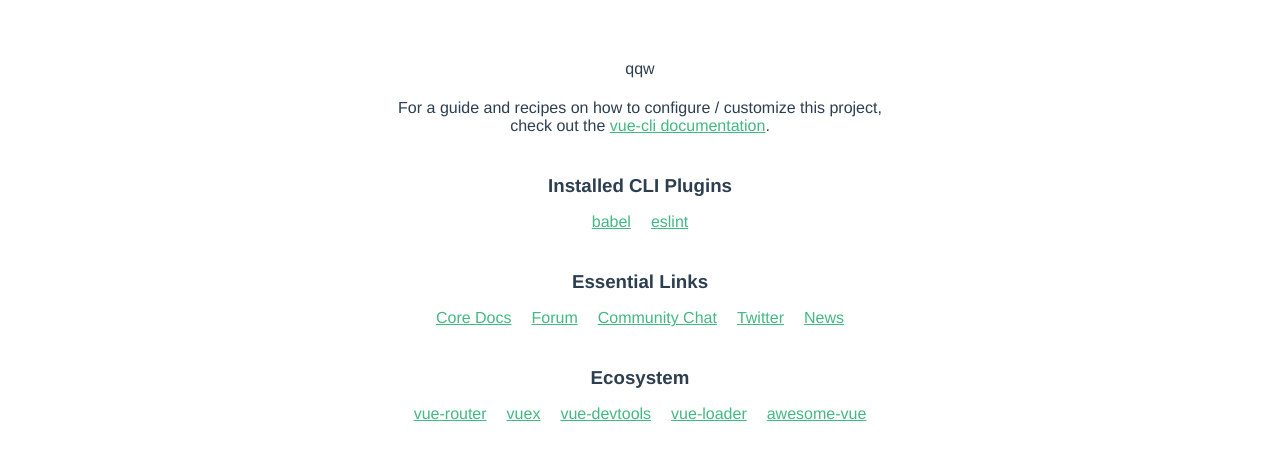
Repository: tianyige21/course-vue
Page: /#/
An editor plug-in stored every save of this project. The page is shown before and after the next save, followed by the edit.
The browser window is 1280 px wide. The pictures show the whole page.
The project was rebuilt for these pictures with package versions that can differ from the ones it lists, and the page was loaded fresh each time. Also part of the build but not shown: vue.config.js, src/views/test.vue.

Above is the page before, as saved 2021-09-27 16:55:43.

### src/main.js
import Vue from 'vue'
import App from './App.vue'
import router from '../src/router'
Vue.config.productionTip = false

new Vue({
  render: h => h(App),
  router
}).$mount('#app')

### src/App.vue
<template>
  <div id="app">
    qqw
    <router-view></router-view>
  </div>
</template>

<script>
export default {
  name: 'App',
  components: {
  }
}
</script>

<style>
#app {
  font-family: Avenir, Helvetica, Arial, sans-serif;
  -webkit-font-smoothing: antialiased;
  -moz-osx-font-smoothing: grayscale;
  text-align: center;
  color: #2c3e50;
  margin-top: 60px;
}
</style>

### src/router/index.js


import Vue from 'vue'
import Router from 'vue-router'
import Test from '@/views/test.vue';
import HelloWorld from '@/components/HelloWorld.vue'

Vue.use(Router)

export default new Router({
  routes: [{
    path: '/',
    name: 'HelloWorld',
    component: HelloWorld
  },
  {
    path: '/test',
    name: 'test',
    component: Test
  }]
})

Loaded but not shown: public/index.html (common file); src/components/HelloWorld.vue (common file)

After the next save:
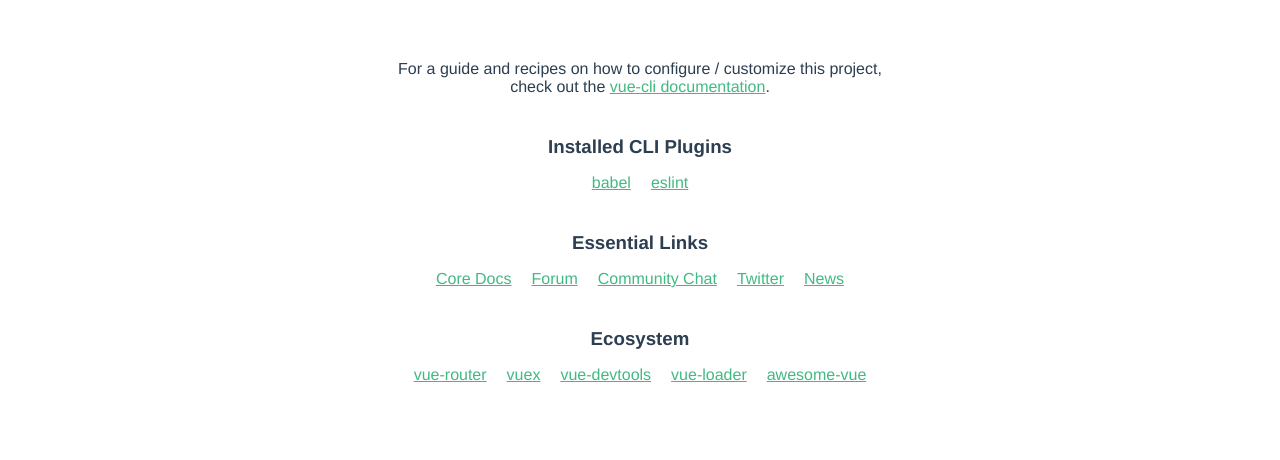
Saved 9 min 20 s later.
--- a/src/App.vue
+++ b/src/App.vue
@@ -1,6 +1,5 @@
 <template>
   <div id="app">
-    qqw
     <router-view></router-view>
   </div>
 </template>
